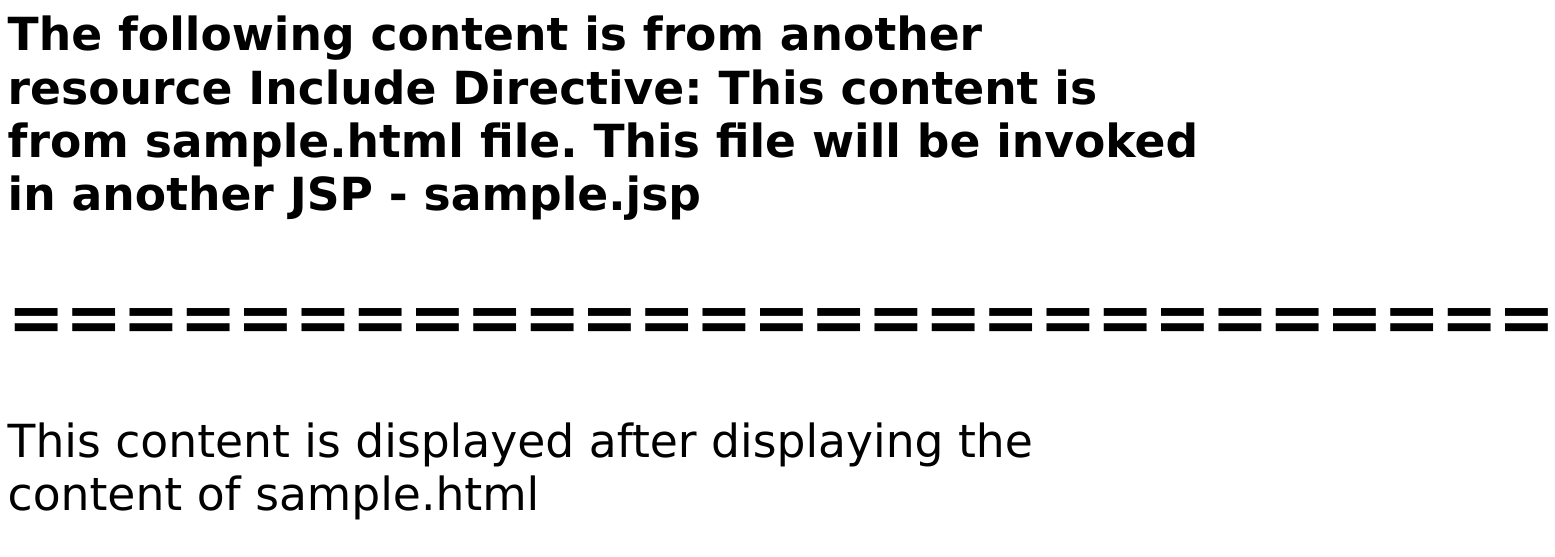
Repository: Lasya-Kankata/FSD_with_java
Page: http://localhost/JspApp/sample.jsp
The author's editor kept a copy of each file at every save. The page is drawn from the files as they stood at one save, then again after the next save.
The browser window is 1280 px wide. The page is 1637 px wide, so the pictures cover 1637 px, including what lies to the right of the window. The pictures show the whole page, at 95% of full size.
The page is served by Tomcat 9.

Above is the page before, as saved 2024-06-05 06:17:15.

### JspApp/src/main/webapp/sample.jsp
<%@ page language="java" contentType="text/html; charset=ISO-8859-1"
    pageEncoding="ISO-8859-1"%>
<!DOCTYPE html>
<html>
<head>
<meta charset="ISO-8859-1">
<title>Java Server Page - Directives</title>
</head>
<body>
	<font face="verdana" size="20"><b> The following content is from another resource
	Include Directive:
	<%@include file="sample.html" %>
	<h2>===========================</h2>
	</b>This content is
	displayed after displaying the content of sample.html</font>
</body>
</html>

### JspApp/src/main/webapp/sample.html
<!DOCTYPE html>
<html>
<head>
<meta charset="ISO-8859-1">
<title>Sample Web Page</title>
</head>
<body>
	This content is from sample.html file.
	This file will be invoked in another JSP - sample.jsp
</body>
</html>

### JspApp/src/main/webapp/index.jsp
<%@ page language="java" contentType="text/html; charset=ISO-8859-1"
    pageEncoding="ISO-8859-1"%>
<!DOCTYPE html>
<html>
<head>
<meta charset="ISO-8859-1">
<title>Welcome JSP</title>
<head>
<%-- <meta http-equiv="Content-Type" content="text/html; charset=UTF-8" > --%>
</head>
<body bgcolor="black">
	<font face="verdana" size="20" color="green">
		<b>Static Content : </b>Hello World!
		<br>
		<b>Scriplet: </b>
		<%
			for(int num=1;num<10;num++){
			out.println(num);
			}
			%>
			<br>
			<b>Declaration: </b>
			<%! int number; %>
			<% number=287;%>
			<br>
			<b>Expression : </b>
			<%= number %>
			<br>
			</font>
</body>
</html>

After the next save:
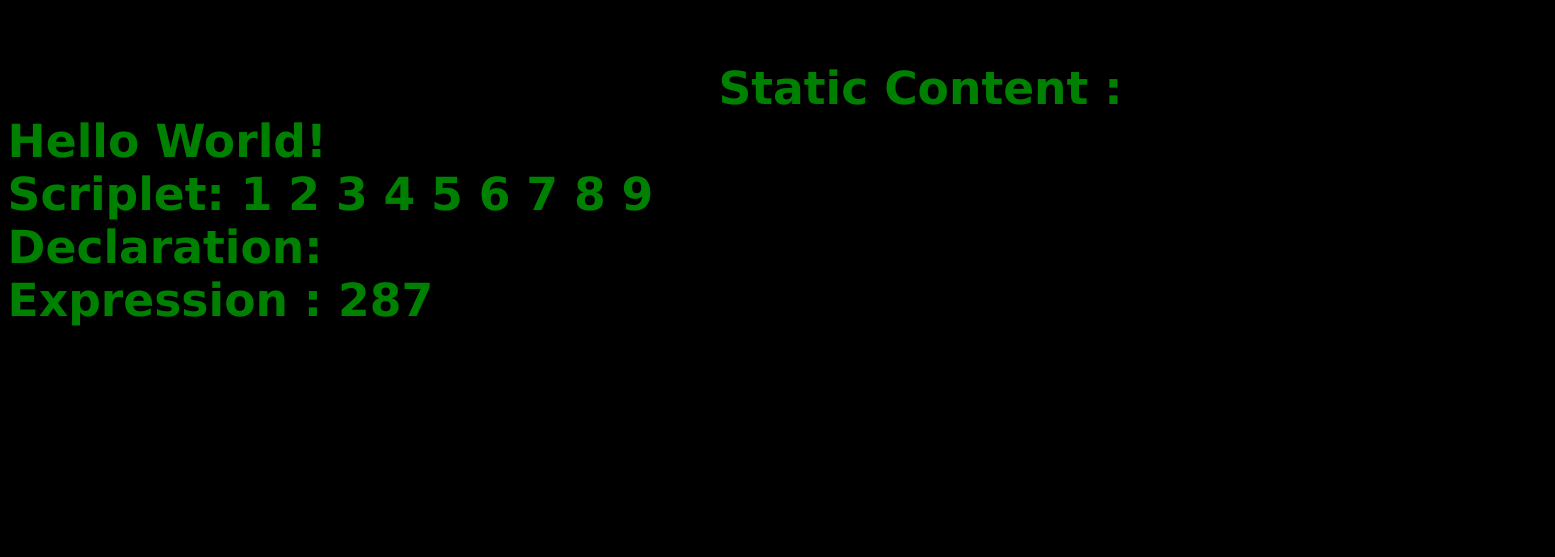
Saved 10 min 36 s later.
--- a/JspApp/src/main/webapp/sample.jsp
+++ b/JspApp/src/main/webapp/sample.jsp
@@ -9,7 +9,7 @@
 <body>
 	<font face="verdana" size="20"><b> The following content is from another resource
 	Include Directive:
-	<%@include file="sample.html" %>
+	<%@include file="index.jsp" %>
 	<h2>===========================</h2>
 	</b>This content is
 	displayed after displaying the content of sample.html</font>
